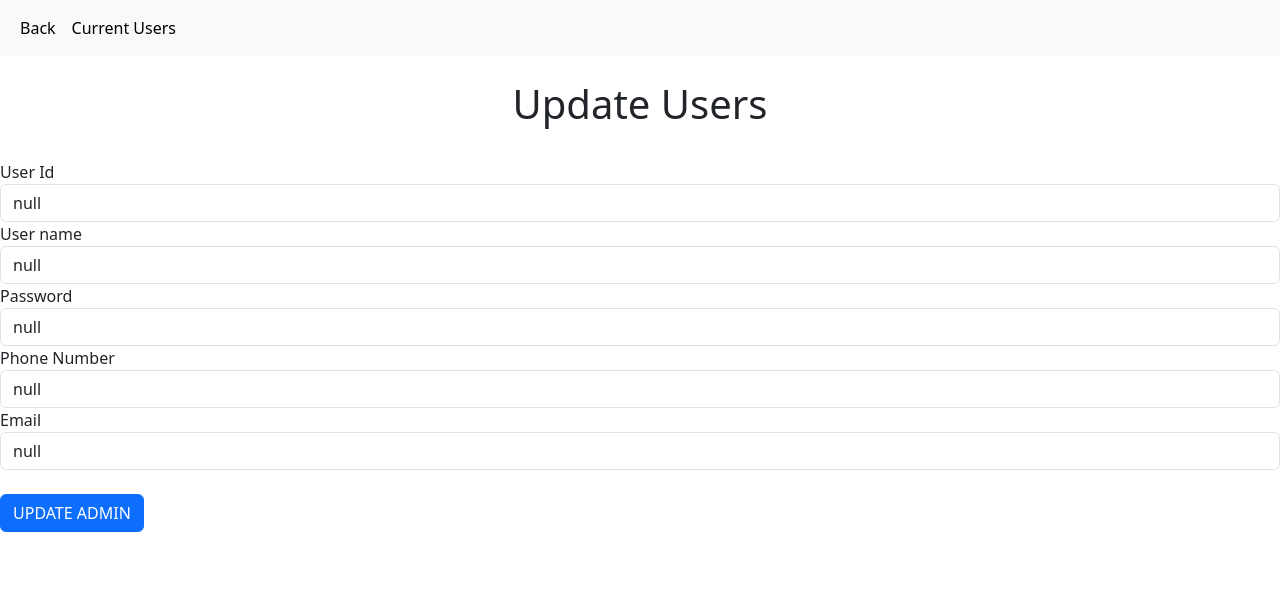
Repository: SachinUthpala/Railway-Reservation
Page: http://localhost/Railway/Admin/UpdateUsers/Update_users.jsp
An editor plug-in stored every save of this project. The page is shown before and after the next save, followed by the edit.
The browser window is 1280 px wide. The pictures show the whole page.
The page is served by Tomcat 9. Other server files are loaded and not shown.

Above is the page before, as saved 2023-05-21 12:48:15.

### Railway/src/main/webapp/Admin/UpdateUsers/Update_users.jsp
<%@ page language="java" contentType="text/html; charset=UTF-8"
    pageEncoding="UTF-8"%>

     <%

    	String userId = request.getParameter("id");
    	String uname = request.getParameter("name");
    	String password = request.getParameter("password");
    	String email = request.getParameter("email");
    	String phone = request.getParameter("phone");



    %>
<!DOCTYPE html>
<html>
<head>
<meta charset="UTF-8">
<title>Update Users</title>
   <link href="https://cdn.jsdelivr.net/npm/bootstrap@5.3.0-alpha3/dist/css/bootstrap.min.css" rel="stylesheet" integrity="sha384-KK94CHFLLe+nY2dmCWGMq91rCGa5gtU4mk92HdvYe+M/SXH301p5ILy+dN9+nJOZ" crossorigin="anonymous">

</head>
<body>



	<nav class="navbar navbar-expand-lg bg-body-tertiary">
			  <div class="container-fluid">
			    <div class="collapse navbar-collapse" id="navbarSupportedContent">
			      <ul class="navbar-nav me-auto mb-2 mb-lg-0">
			        <li class="nav-item">
			          <a class="nav-link active" aria-current="page" href="updateTrains.jsp">Back</a>
			        </li>

			        <li class="nav-item">
			          <a class="nav-link active" aria-current="page" href="../../Cur_train_sev">Current Users</a>
			        </li>
			      </ul>
			    </div>
			  </div>
			</nav>
			<br>

    <h1><center>Update Users</center></h1>
    <br>
    <form method="post" action="">

    	<div >
          <label for="exampleInputEmail1">User Id</label>
          <input type="text" class="form-control"   value="<%=userId %>" >
        </div>
        <div >
          <label for="exampleInputEmail1">User name</label>
          <input type="text" class="form-control"   value="<%=uname %>">
        </div>
        <div class="form-group">
          <label >Password</label>
          <input type="text" class="form-control" value="<%=password %>">
        </div>
        <div class="form-group">
          <label >Phone Number</label>
          <input type="text" class="form-control" value="<%=phone %>">
        </div>
        <div class="form-group">
          <label >Email</label>
          <input type="text" class="form-control"  value="<%=email %>">
        </div>
          <br>
        <button type="submit" class="btn btn-primary">UPDATE ADMIN</button>
      </form>
      <br><br>



</body>
</html>

After the next save:
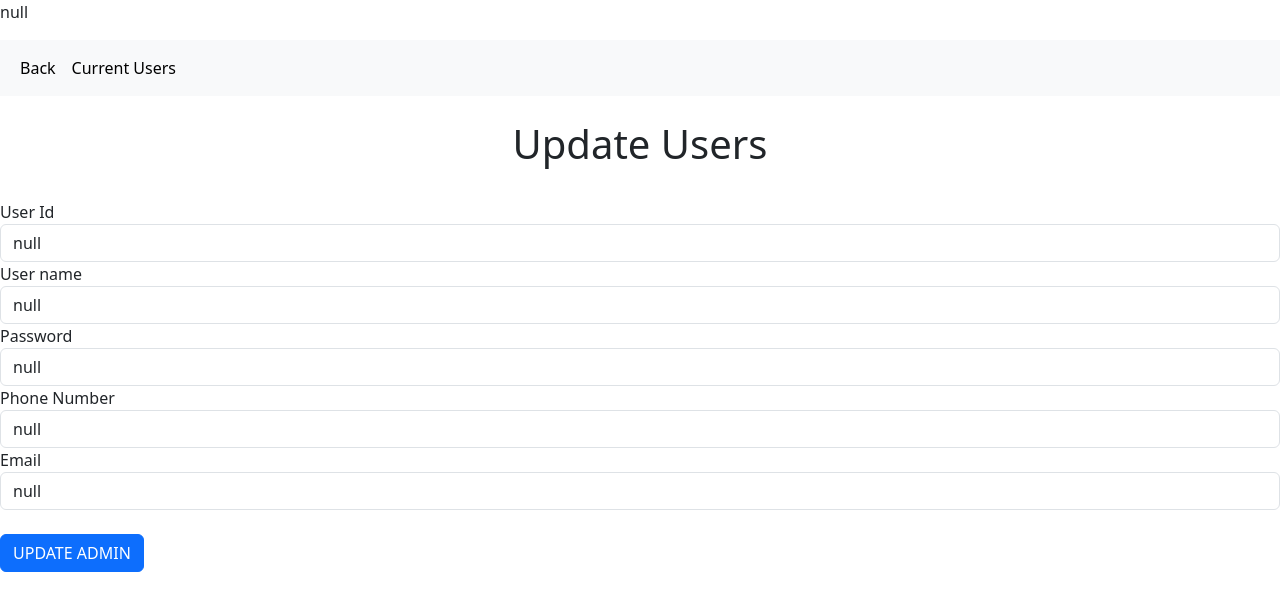
Saved 27 s later.
--- a/Railway/src/main/webapp/Admin/UpdateUsers/Update_users.jsp
+++ b/Railway/src/main/webapp/Admin/UpdateUsers/Update_users.jsp
@@ -22,7 +22,7 @@
 </head>
 <body>
 
-
+	<p><%=userId %></p>
 
 	<nav class="navbar navbar-expand-lg bg-body-tertiary">
 			  <div class="container-fluid">
